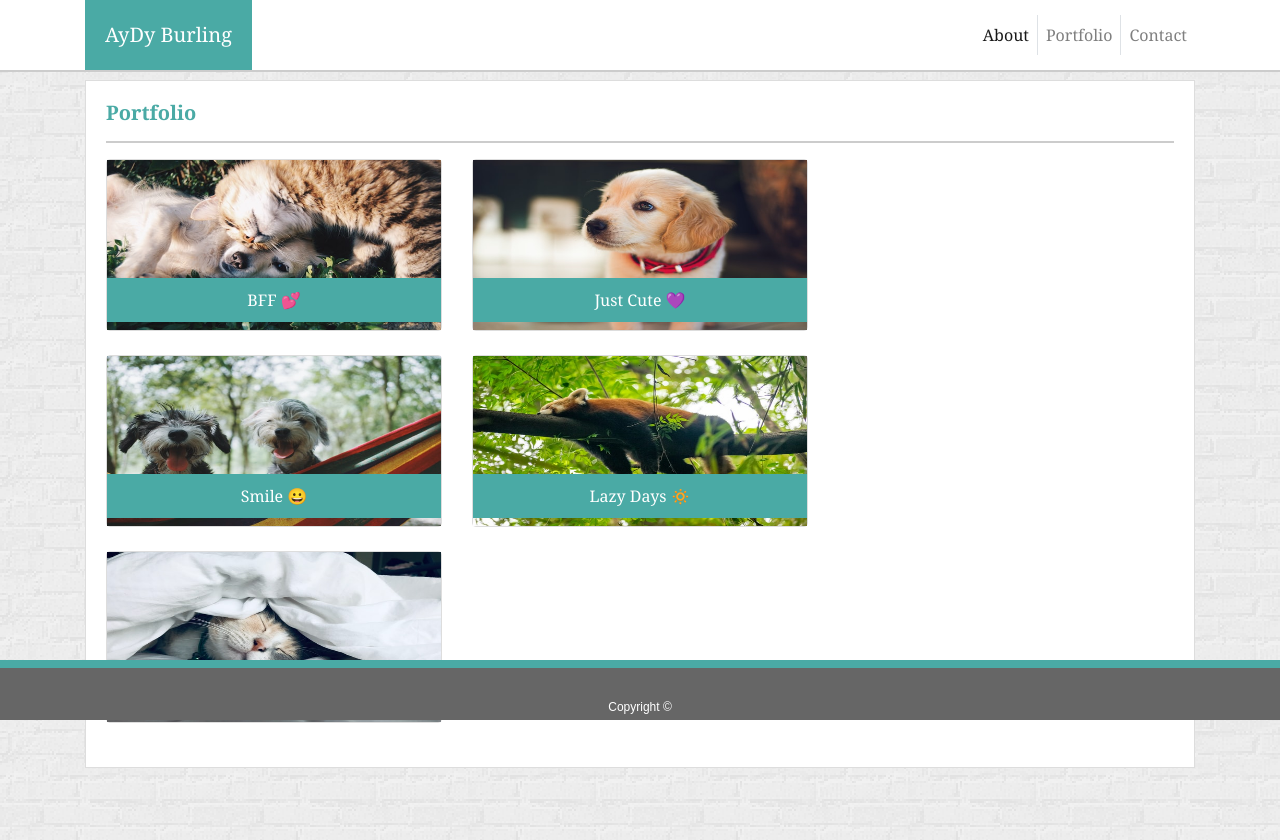
Repository: Dee1985/AyDy-Burling-prework
Page: Module-1_Assessment/portfolio.html
These files come from the project's save history. The page is drawn as it stood at one moment and after the next save; the edit follows.
The browser window is 1280 px wide. The pictures show the whole page.

Above is the page before, as saved 2020-05-22 23:37:42.

### Module-1_Assessment/portfolio.html
<!DOCTYPE html>
<html lang="en">
  <head>
    <meta charset="UTF-8" />
    <meta name="viewport" content="width=device-width, initial-scale=1.0" />
    <meta http-equiv="X-UA-Compatible" content="ie=edge" />
    <title>Portfolio</title>
    <link rel="stylesheet" href="assets/css/reset.css" />
    <link
      rel="stylesheet"
      href="https://stackpath.bootstrapcdn.com/bootstrap/4.3.1/css/bootstrap.min.css"
      integrity="sha384-ggOyR0iXCbMQv3Xipma34MD+dH/1fQ784/j6cY/iJTQUOhcWr7x9JvoRxT2MZw1T"
      crossorigin="anonymous"
    />
    <link rel="stylesheet" href="assets/css/style.css" />
  </head>
  <body>
    <nav class="navbar navbar-light navbar-expand-lg p-0 card-gallery ">
      <div class="container">
        <a href="# "class="navbar-brand text-white"
          >AyDy Burling</a>
          <button
              class="navbar-toggler"
              type="button"
              data-toggle="collapse"
              data-target="#navbarTogglerDemo02"
              aria-controls="navbarTogglerDemo02"
              aria-expanded="false"
              aria-label="Toggle navigation"
            >
              <span class="navbar-toggler-icon"></span>
            </button>
            <div class="collapse navbar-collapse" id="navbarTogglerDemo02">
              <ul class="navbar-nav ml-auto mt-2 mt-lg-0">
                <li class="nav-item active">
                  <a class="nav-link border-right" href="index.html">About</a>
                </li>
                <li class="nav-item">
                  <a class="nav-link border-right" href="#">Portfolio</a>
                </li>
                <li class="nav-item">
                  <a class="nav-link" href="contact.html" tabindex="-1">Contact</a>
                </li>
              </ul>
            </div>
          </nav>

    <section class="card-gallery">
      <div class="container">
        <div class="row">
          <div class="col mb-4 mt-2">
            <div class="card rounded-0 mb-5">
              <div class="card-body">
              <h5 class="card-title">Portfolio</h5>
              <hr />
              <!-- start of cards -->
            <div class="row justify-content-start">
              <!-- first card -->
                <div class="col-4 mb-4">
                            <div class="card text-white">
                                <img src="assets/img/krista-mangulsone-9gz3wfHr65U-unsplash.jpg"  height="170px" alt="cat and dog cuddles">
                                <div class="card-heading text-center">
                                    BFF 💕
                                </div>
                            </div>
                        </div>
               <!-- second card -->
                <div class="col-4 mb-4">
                            <div class="card text-white">
                                <img src="assets/img/berkay-gumustekin-ngqyo2AYYnE-unsplash.jpg"  height="170px" alt="puppy pic">
                                <div class="card-heading text-center">
                                    Just Cute 💜
                                </div>
                            </div>
                  </div>
            </div>
               <!-- third card -->
            <div class="row">
              <div class="col-4 mb-4">
                            <div class="card text-white">
                                <img src="assets/img/alvan-nee-FHl79chXS6s-unsplash.jpg" width="100%" height="170px" alt="two dogs smiling">
                                <div class="card-heading text-center">
                                    Smile 😀
                                </div>
                            </div>
                        </div>
               <!-- fourth card -->
                   <div class="col-4 mb-4">
                            <div class="card text-white">
                                <img src="assets/img/chris-curry-GYpsSWHslHA-unsplash.jpg"  height="170px" alt="animal sleeping on branch">
                                <div class="card-heading text-center">
                                    Lazy Days 🔅
                                </div>
                            </div>
                        </div>
                        </div>
               <!-- fifth card -->
               <div class="row justify-content-start">
                   <div class="col-4 mb-4">
                            <div class="card text-white">
                                <img src="assets/img/kate-stone-matheson-uy5t-CJuIK4-unsplash.jpg" height="170px" alt="cat under a blanket">
                                <div class="card-heading text-center">
                                    Sweet Dreams 💤
                                </div>
                            </div>
                        </div>
                        </div>

            </div>
              </div>
            </div>
          </div>
        </div>
      </div>
    </section>
    <footer>
      <div class="fixed text-center text-white"> Copyright &copy;</div>
    </footer>

    <script
      src="https://code.jquery.com/jquery-3.3.1.slim.min.js"
      integrity="sha384-q8i/X+965DzO0rT7abK41JStQIAqVgRVzpbzo5smXKp4YfRvH+8abtTE1Pi6jizo"
      crossorigin="anonymous"
    ></script>
    <script
      src="https://cdnjs.cloudflare.com/ajax/libs/popper.js/1.14.7/umd/popper.min.js"
      integrity="sha384-UO2eT0CpHqdSJQ6hJty5KVphtPhzWj9WO1clHTMGa3JDZwrnQq4sF86dIHNDz0W1"
      crossorigin="anonymous"
    ></script>
    <script
      src="https://stackpath.bootstrapcdn.com/bootstrap/4.3.1/js/bootstrap.min.js"
      integrity="sha384-JjSmVgyd0p3pXB1rRibZUAYoIIy6OrQ6VrjIEaFf/nJGzIxFDsf4x0xIM+B07jRM"
      crossorigin="anonymous"
    ></script>
  </body>
</html>

### Module-1_Assessment/assets/css/style.css
* {
	box-sizing: border-box;
	margin: 0;
	padding: 0;
}

section {
	/* https://www.toptal.com/designers/subtlepatterns/?s=brick */
	background-image: url('../img/brickwall_@2X.png');
	background-position: center;
}

nav {
	font-family: Cambria, Cochin, Georgia, Times, 'Times New Roman', serif;
}

.btn {
	background-color: #4aaaa5;
	border-color: #4aaaa5;
}
.navbar {
	border-bottom: 2px solid #cccccc;
}
a.navbar-brand {
	background-color: #4aaaa5;
	padding: 20px;
	margin: 0;
}
hr {
	border-top: 2px solid;
	border-color: #cccccc;
}
div.col-4.mb-4 {
	width: 20%;
}
.card {
	font-family: Arial, Helvetica, sans-serif;
	border-color: #dddddd;
}
.card-title {
	font-size: 20px;
	color: #4aaaa5;
	font-family: Cambria, Cochin, Georgia, Times, 'Times New Roman', serif;
	font-weight: bold;
}
.card-heading {
	background-color: #4aaaa5;
	font-size: 16px;
	font-family: Cambria, Cochin, Georgia, Times, 'Times New Roman', serif;
	position: absolute;
	bottom: 5%;
	width: 100%;
	padding-top: 10px;
	padding-bottom: 10px;
}

footer {
	position: fixed;
	left: 0;
	bottom: 0;
	width: 100%;
	border-top: 8px solid #4aaaa5;
	background-color: #666666;
	color: #ffffff;
	font-family: Arial, 'Helvetica Neue', Helvetica, sans-serif;
	font-size: 12px;
	height: 60px;
	padding-top: 30px;
}

Loaded but not shown: Module-1_Assessment/assets/css/reset.css (common file)

After the next save:
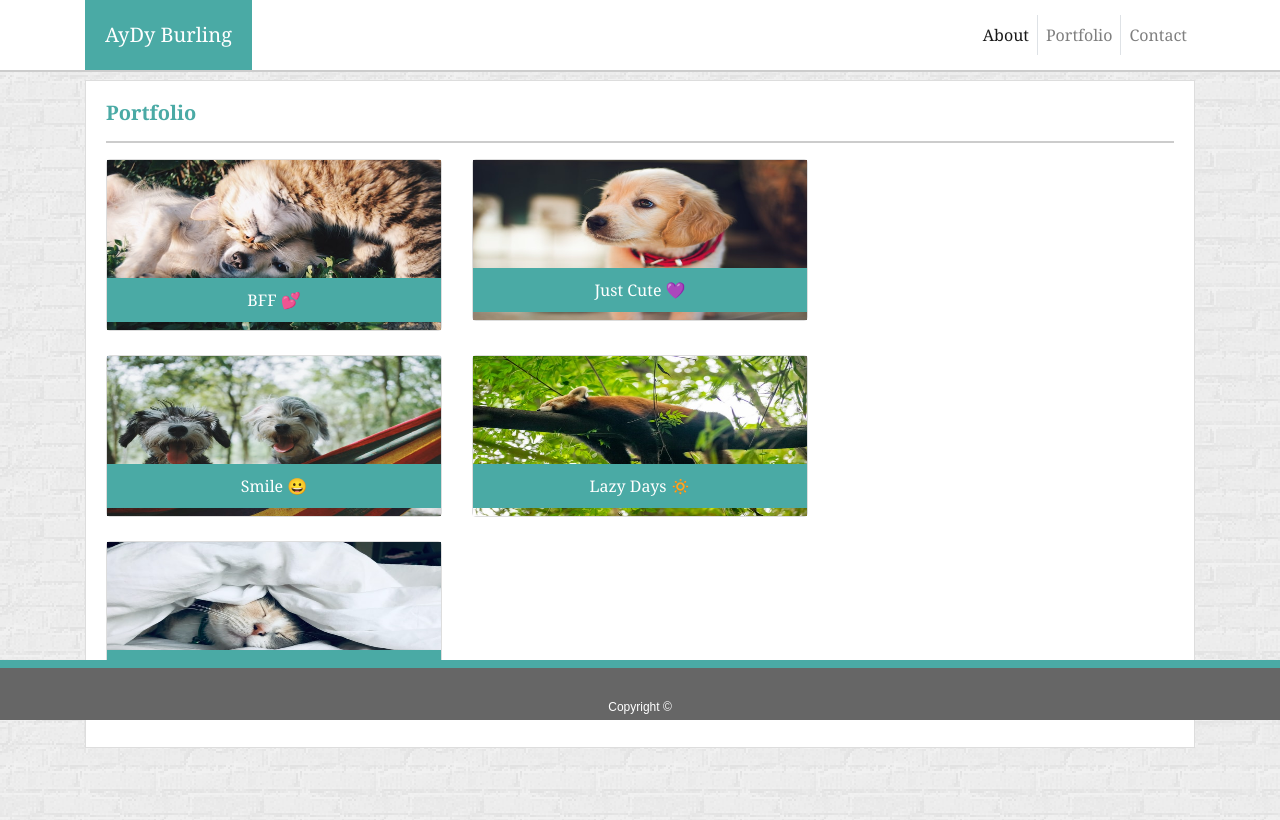
Saved 14 s later.
--- a/Module-1_Assessment/portfolio.html
+++ b/Module-1_Assessment/portfolio.html
@@ -67,7 +67,7 @@
                <!-- second card -->
                 <div class="col-4 mb-4">
                             <div class="card text-white">
-                                <img src="assets/img/berkay-gumustekin-ngqyo2AYYnE-unsplash.jpg"  height="170px" alt="puppy pic">
+                                <img src="assets/img/berkay-gumustekin-ngqyo2AYYnE-unsplash.jpg"  height="160px" alt="puppy pic">
                                 <div class="card-heading text-center">
                                     Just Cute 💜
                                 </div>
@@ -78,7 +78,7 @@
             <div class="row">
               <div class="col-4 mb-4">
                             <div class="card text-white">
-                                <img src="assets/img/alvan-nee-FHl79chXS6s-unsplash.jpg" width="100%" height="170px" alt="two dogs smiling">
+                                <img src="assets/img/alvan-nee-FHl79chXS6s-unsplash.jpg" width="100%" height="160px" alt="two dogs smiling">
                                 <div class="card-heading text-center">
                                     Smile 😀
                                 </div>
@@ -87,7 +87,7 @@
                <!-- fourth card -->
                    <div class="col-4 mb-4">
                             <div class="card text-white">
-                                <img src="assets/img/chris-curry-GYpsSWHslHA-unsplash.jpg"  height="170px" alt="animal sleeping on branch">
+                                <img src="assets/img/chris-curry-GYpsSWHslHA-unsplash.jpg"  height="160px" alt="animal sleeping on branch">
                                 <div class="card-heading text-center">
                                     Lazy Days 🔅
                                 </div>
@@ -98,7 +98,7 @@
                <div class="row justify-content-start">
                    <div class="col-4 mb-4">
                             <div class="card text-white">
-                                <img src="assets/img/kate-stone-matheson-uy5t-CJuIK4-unsplash.jpg" height="170px" alt="cat under a blanket">
+                                <img src="assets/img/kate-stone-matheson-uy5t-CJuIK4-unsplash.jpg" height="160px" alt="cat under a blanket">
                                 <div class="card-heading text-center">
                                     Sweet Dreams 💤
                                 </div>
